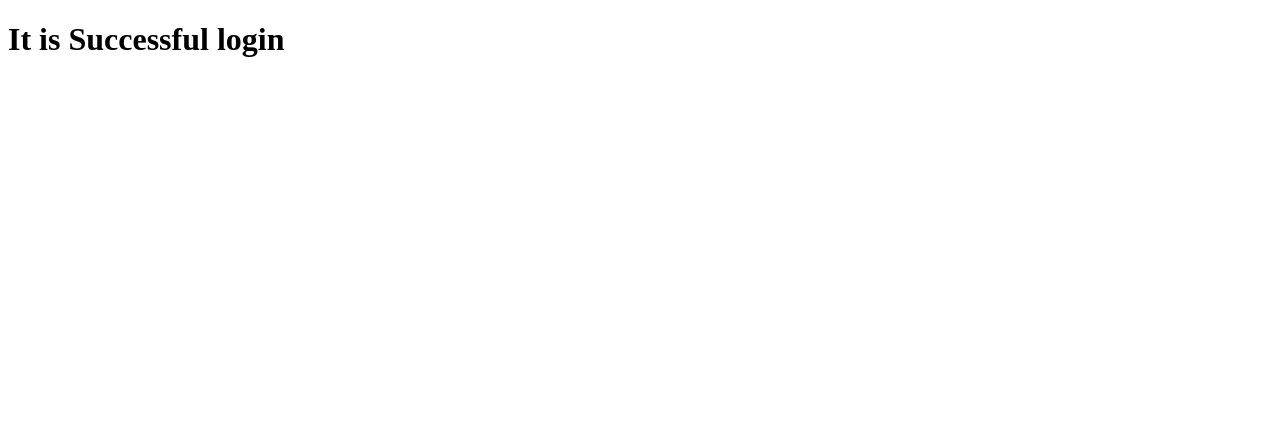
Repository: NagepalliHaasan21/MyProjects
Page: eclipse-workspace/com.SecondJEEPrgm/src/main/webapp/loginSuccess.html
The author's editor kept a copy of each file at every save. The page is drawn from the files as they stood at one save, then again after the next save.
The browser window is 1280 px wide. The pictures show the whole page.

Above is the page before, as saved 2024-11-28 13:13:11.

### eclipse-workspace/com.SecondJEEPrgm/src/main/webapp/loginSuccess.html
<!DOCTYPE html>
<html>
<head>
<meta charset="UTF-8">
<title>Success Login</title>
</head>
<body>
	<h1>It is Successful login</h1>
</body>
</html>

After the next save:
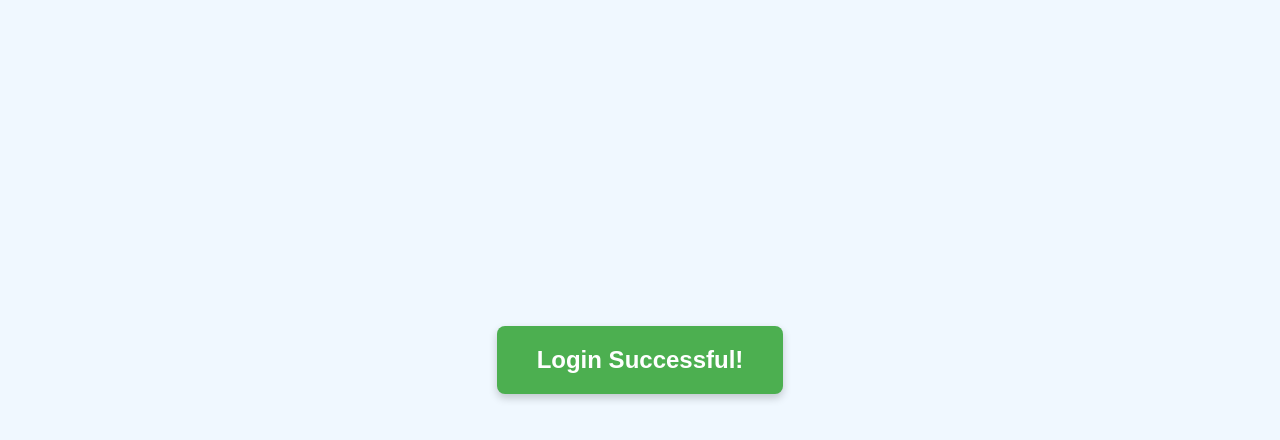
Saved 61 s later.
--- a/eclipse-workspace/com.SecondJEEPrgm/src/main/webapp/loginSuccess.html
+++ b/eclipse-workspace/com.SecondJEEPrgm/src/main/webapp/loginSuccess.html
@@ -3,8 +3,31 @@
 <head>
 <meta charset="UTF-8">
 <title>Success Login</title>
+<style>
+    body {
+        font-family: Arial, sans-serif;
+        background-color: #f0f8ff;
+        margin: 0;
+        padding: 0;
+        display: flex;
+        justify-content: center;
+        align-items: center;
+        height: 100vh;
+        color: #333;
+    }
+
+    h1 {
+        background-color: #4CAF50;
+        color: white;
+        padding: 20px 40px;
+        border-radius: 8px;
+        box-shadow: 0 4px 8px rgba(0, 0, 0, 0.2);
+        text-align: center;
+        font-size: 24px;
+    }
+</style>
 </head>
 <body>
-	<h1>It is Successful login</h1>
+    <h1>Login Successful!</h1>
 </body>
 </html>
